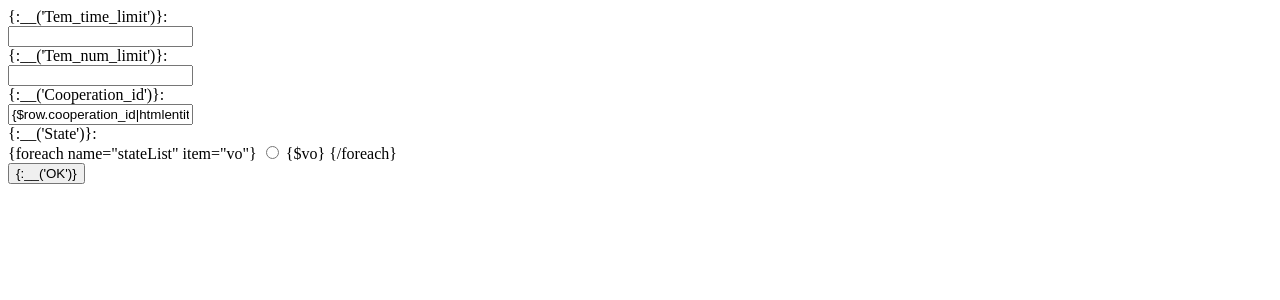
Repository: Akarin-Akari/xiaomaguantest
Page: application/admin/view/config/ordertime/edit.html
These files come from the project's save history. The page is drawn as it stood at one moment and after the next save; the edit follows.
The browser window is 1280 px wide. The pictures show the whole page.

Above is the page before, as saved 2024-01-24 17:43:30.

### application/admin/view/config/ordertime/edit.html
<form id="edit-form" class="form-horizontal" role="form" data-toggle="validator" method="POST" action="">

    <div class="form-group">
        <label class="control-label col-xs-12 col-sm-2">{:__('Tem_time_limit')}:</label>
        <div class="col-xs-12 col-sm-8">
            <input id="c-tem_time_limit" class="form-control" name="row[tem_time_limit]" type="number" value="{$row.tem_time_limit|htmlentities}">
        </div>
    </div>
    <div class="form-group">
        <label class="control-label col-xs-12 col-sm-2">{:__('Tem_num_limit')}:</label>
        <div class="col-xs-12 col-sm-8">
            <input id="c-tem_num_limit" data-rule="required" class="form-control" name="row[tem_num_limit]" type="number" value="{$row.tem_num_limit|htmlentities}">
        </div>
    </div>
    <div class="form-group">
        <label class="control-label col-xs-12 col-sm-2">{:__('Cooperation_id')}:</label>
        <div class="col-xs-12 col-sm-8">
            <input id="c-cooperation_id" data-rule="required" data-source="cooperation/index" class="form-control selectpage" name="row[cooperation_id]" type="text" value="{$row.cooperation_id|htmlentities}">
        </div>
    </div>
    <div class="form-group">
        <label class="control-label col-xs-12 col-sm-2">{:__('State')}:</label>
        <div class="col-xs-12 col-sm-8">

            <div class="radio">
            {foreach name="stateList" item="vo"}
            <label for="row[state]-{$key}"><input id="row[state]-{$key}" name="row[state]" type="radio" value="{$key}" {in name="key" value="$row.state"}checked{/in} /> {$vo}</label>
            {/foreach}
            </div>

        </div>
    </div>
    <div class="form-group layer-footer">
        <label class="control-label col-xs-12 col-sm-2"></label>
        <div class="col-xs-12 col-sm-8">
            <button type="submit" class="btn btn-primary btn-embossed disabled">{:__('OK')}</button>
        </div>
    </div>
</form>

After the next save:
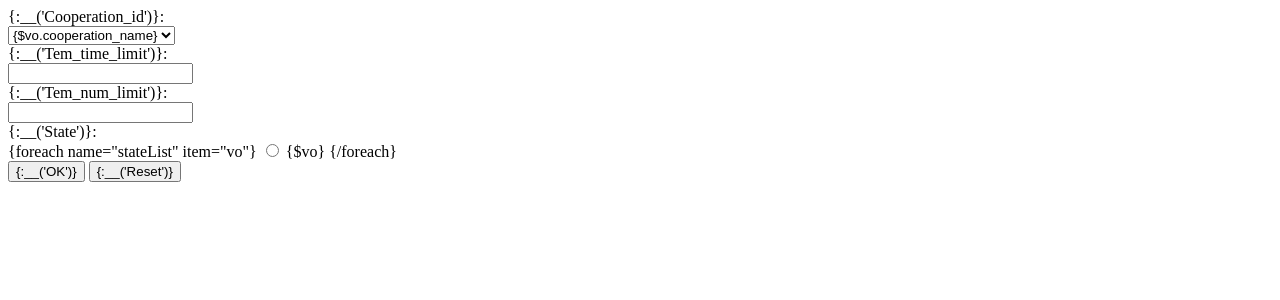
Saved 6 s later.
--- a/application/admin/view/config/ordertime/edit.html
+++ b/application/admin/view/config/ordertime/edit.html
@@ -1,4 +1,15 @@
 <form id="edit-form" class="form-horizontal" role="form" data-toggle="validator" method="POST" action="">
+
+    <div class="form-group">
+        <label class="control-label col-xs-12 col-sm-2">{:__('Cooperation_id')}:</label>
+        <div class="col-xs-12 col-sm-8">
+            <select  id="c-cooperation_id" class="form-control selectpicker" name="row[cooperation_id]">
+                {foreach name="cooperationList" item="vo"}
+                    <option value="{$vo.cooperation_id}" {in name="vo.cooperation_id" value="$row.cooperation_id"}selected{/in}>{$vo.cooperation_name}</option>
+                {/foreach}
+            </select>
+        </div>
+    </div>
 
     <div class="form-group">
         <label class="control-label col-xs-12 col-sm-2">{:__('Tem_time_limit')}:</label>
@@ -10,12 +21,6 @@
         <label class="control-label col-xs-12 col-sm-2">{:__('Tem_num_limit')}:</label>
         <div class="col-xs-12 col-sm-8">
             <input id="c-tem_num_limit" data-rule="required" class="form-control" name="row[tem_num_limit]" type="number" value="{$row.tem_num_limit|htmlentities}">
-        </div>
-    </div>
-    <div class="form-group">
-        <label class="control-label col-xs-12 col-sm-2">{:__('Cooperation_id')}:</label>
-        <div class="col-xs-12 col-sm-8">
-            <input id="c-cooperation_id" data-rule="required" data-source="cooperation/index" class="form-control selectpage" name="row[cooperation_id]" type="text" value="{$row.cooperation_id|htmlentities}">
         </div>
     </div>
     <div class="form-group">
@@ -33,7 +38,8 @@
     <div class="form-group layer-footer">
         <label class="control-label col-xs-12 col-sm-2"></label>
         <div class="col-xs-12 col-sm-8">
-            <button type="submit" class="btn btn-primary btn-embossed disabled">{:__('OK')}</button>
+            <button type="submit" class="btn btn-success btn-embossed disabled">{:__('OK')}</button>
+            <button type="reset" class="btn btn-default btn-embossed">{:__('Reset')}</button>
         </div>
     </div>
 </form>
